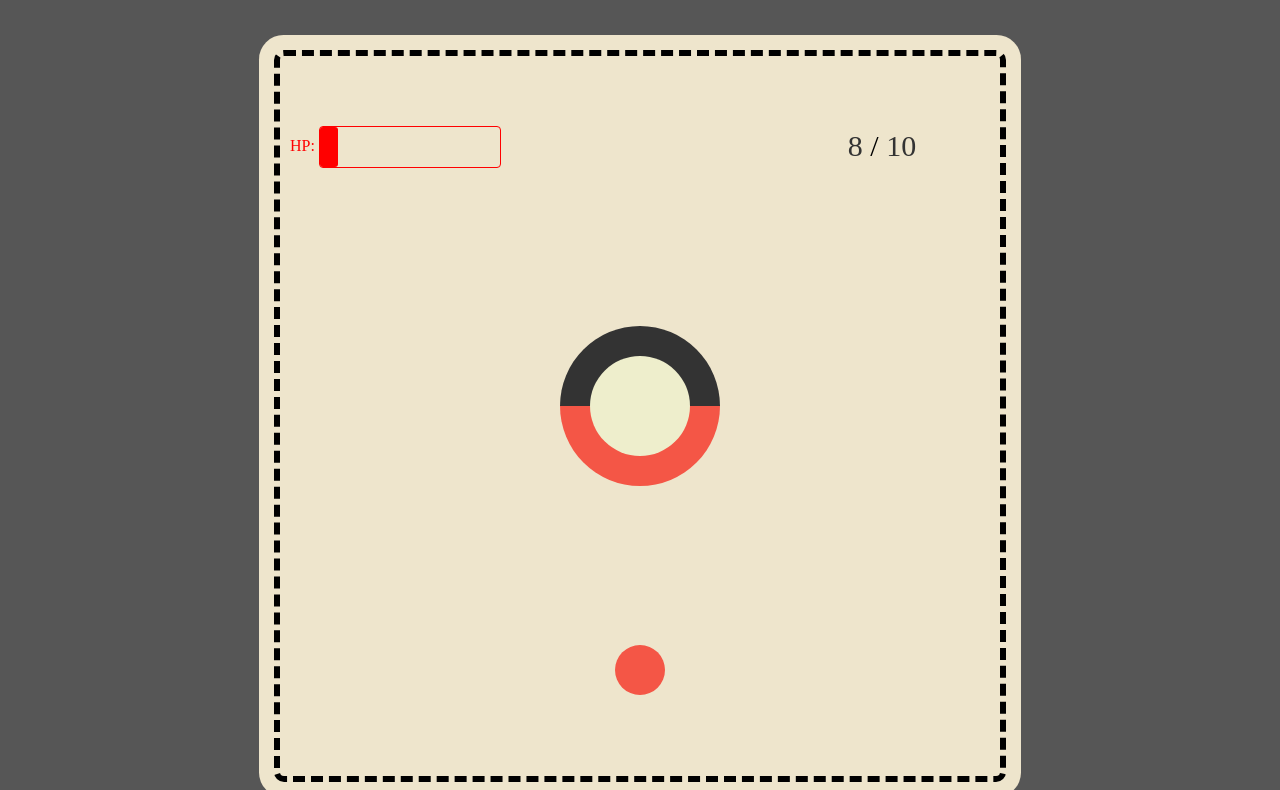
Repository: EEETA/ball-game
Page: theBall2/index.html
The author's editor kept a copy of each file at every save. The page is drawn from the files as they stood at one save, then again after the next save.
The browser window is 1280 px wide. The pictures show the whole page.
After loading, the first visible `button.start` was clicked once.

Above is the page before, as saved 2018-08-02 16:01:26.

After the next save:
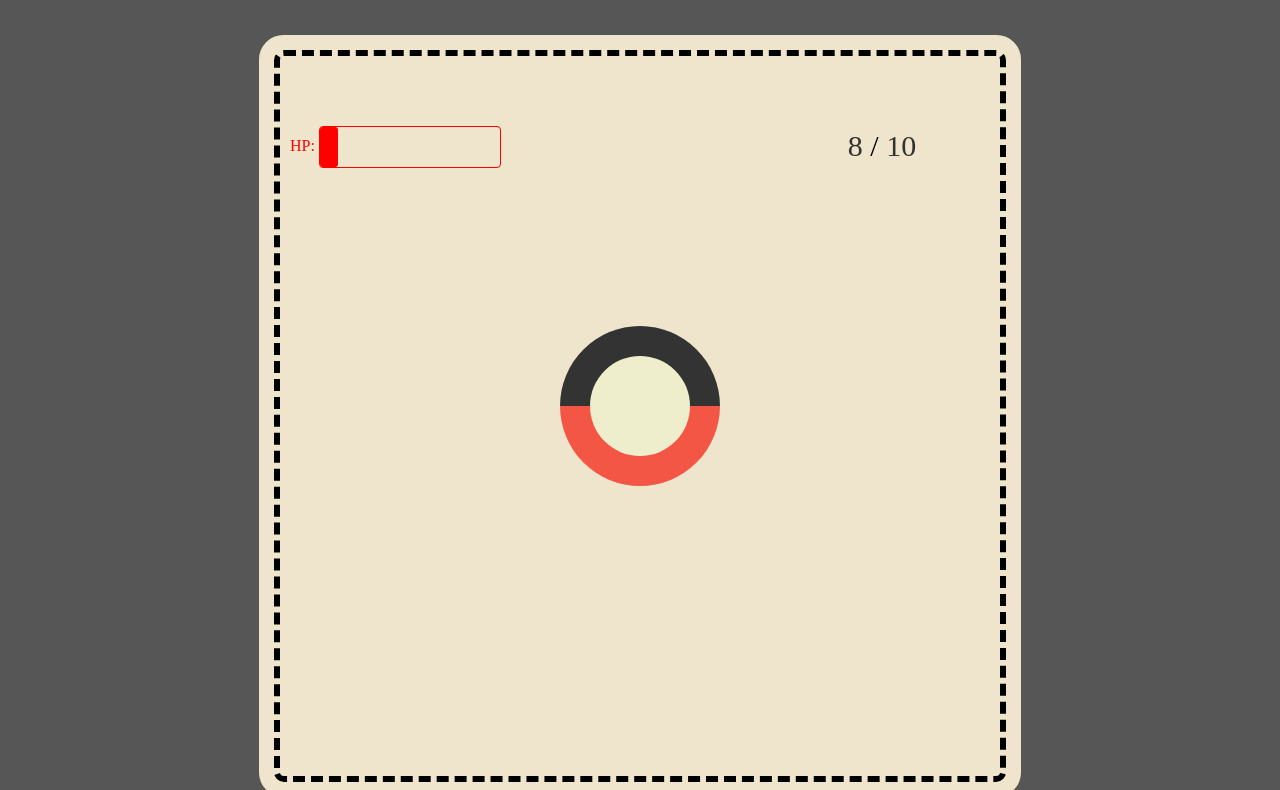
Saved 98 s later.
--- a/theBall2/js/index.js
+++ b/theBall2/js/index.js
@@ -176,7 +176,7 @@ function appendball(numberMode){  //生成小球
 
     var num=parseInt(Math.random()*num_number);
     box_num=parseInt(Math.random()*box_num_number);
-    $('<div class="div_ball" style="background:'+ballFour[num]+';z-index:10"></div>').appendTo($('.div_middle')[box_num]);
+    // $('<div class="div_ball" style="background:'+ballFour[num]+';z-index:10"></div>').appendTo($('.div_middle')[box_num]);
     this_ball=$('.div_ball');
     setTimeout(function(){ballmove(this_ball,box_num,numberMode)},delayed);
 }
